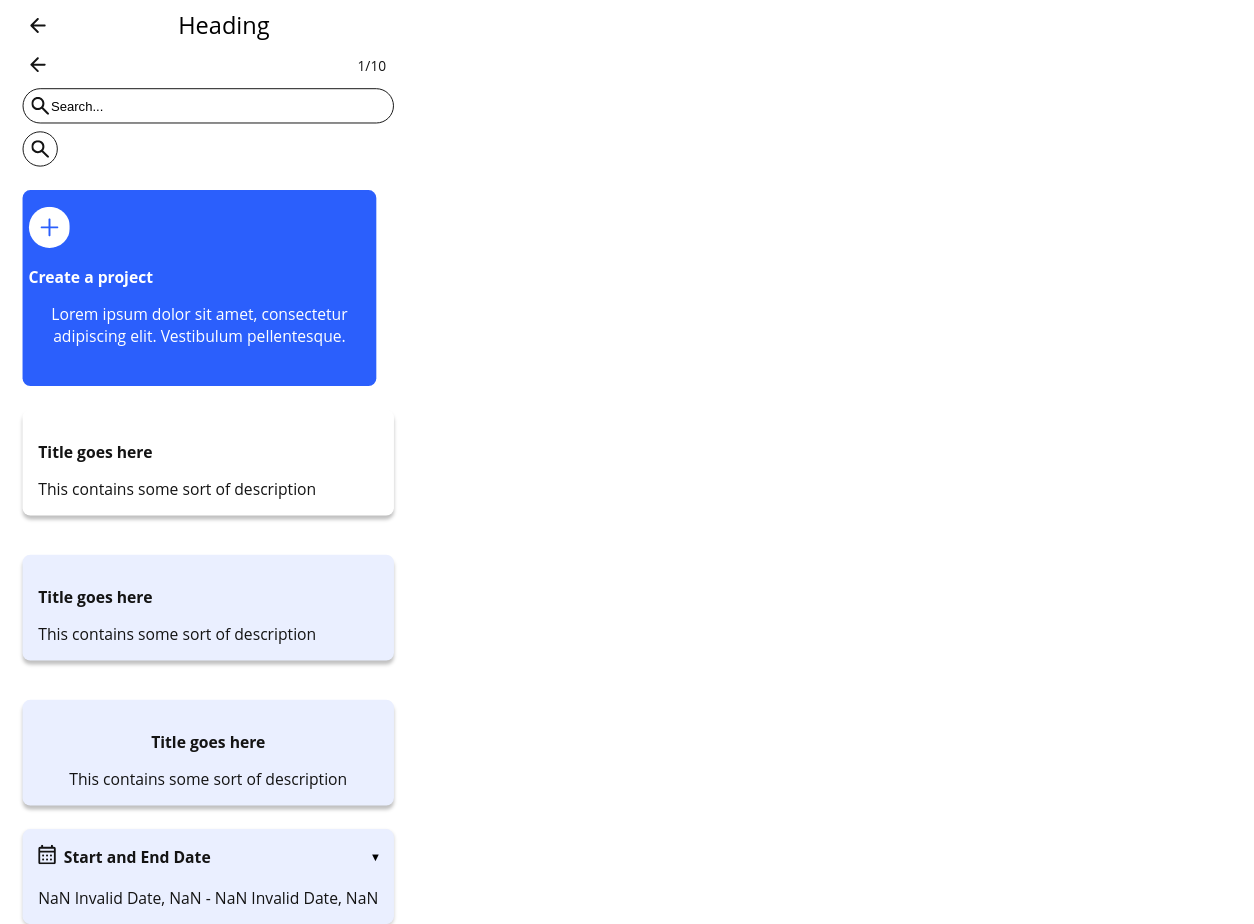
Repository: brunaguarizo/mosaic_app
Page: /
The author's editor kept a copy of each file at every save. The page is drawn from the files as they stood at one save, then again after the next save.
The browser window is 1280 px wide. The pictures show the whole page, at 98% of full size.
The project was rebuilt for these pictures with package versions that can differ from the ones it lists, and the page was loaded fresh each time. The framework's server and built-in components were replaced by stand-ins that run in the browser. Also part of the build but not shown: next.config.mjs, app/_ui/navbar/navbar.js, app/_ui/Button/Button.js, app/_ui/Tag/Tag.js, app/_ui/Project_card/Project_card.js, app/_ui/Date_PopUp/Date_PopUp.module.css, app/_ui/Date_PopUp/Date_PopUp.js.

Above is the page before, as saved 2025-04-18 19:08:11.

After the next save:
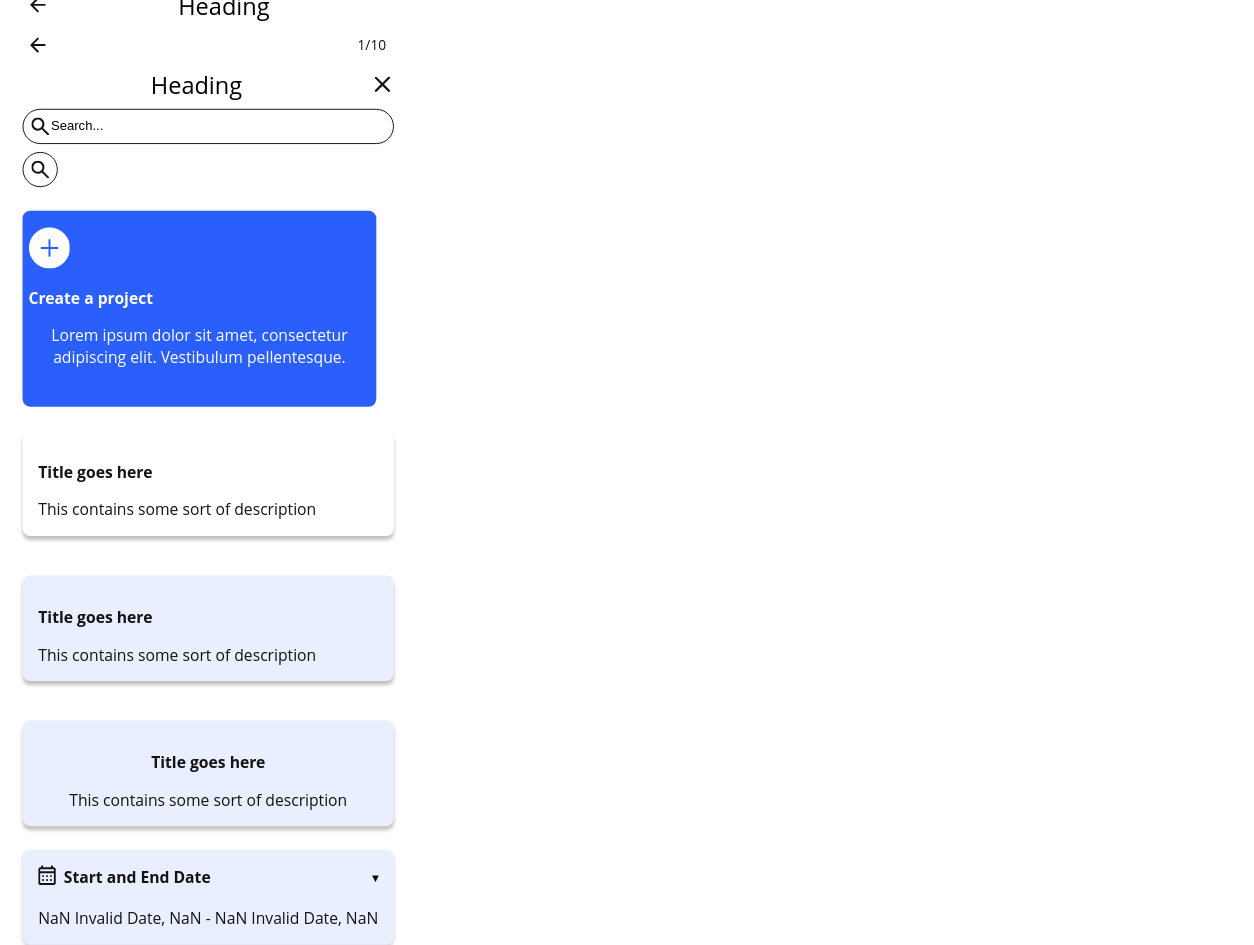
Saved 9 s later.
--- a/app/page.js
+++ b/app/page.js
@@ -19,6 +19,10 @@ export default function Home() {
             <Headingbar
                 heading='Heading'
                 type='pagination'
+            />
+            <Headingbar
+                heading='Heading'
+                type='search'
             />
             <Searchbar type='primary' />
             <Searchbar
